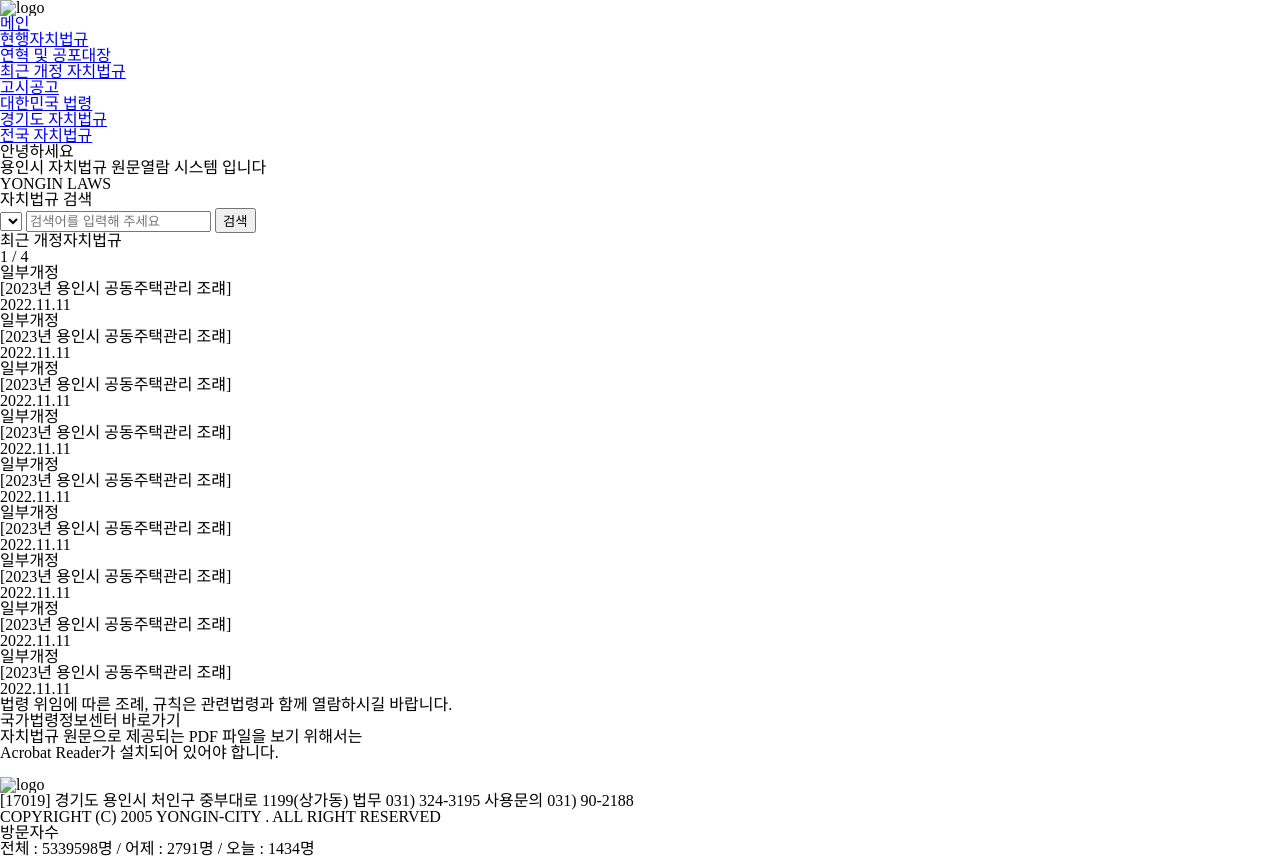
Repository: makeditWeb/yongin_laws
Page: index.html
These files come from the project's save history. The page is drawn as it stood at one moment and after the next save; the edit follows.
The browser window is 1280 px wide. The pictures show the whole page.

Above is the page before, as saved 2024-03-24 00:17:49.

### index.html
<!DOCTYPE html>
<html lang="en">
<head>
    <meta charset="UTF-8">
    <meta name="viewport" content="width=device-width, initial-scale=1.0">
    <title>자치법규 시스템</title>

    <link rel="stylesheet" href="./css/reset.css">
    <link rel="stylesheet" href="./css/style.css">
</head>
<body>

    <header>
        <div class="header_wrapp">
            <div class="logo">
                <img src="" alt="logo">
            </div>
            <nav class="nav_item">
                <ul>
                    <li>
                        <a href="javascript:void(0)">메인</a>
                    </li>
                    <li>
                        <a href="javascript:void(0)">현행자치법규</a>
                    </li>
                    <li>
                        <a href="javascript:void(0)">연혁 및 공포대장</a>
                    </li>
                    <li>
                        <a href="javascript:void(0)">최근 개정 자치법규</a>
                    </li>
                    <li>
                        <a href="javascript:void(0)">고시공고</a>
                    </li>
                    <li>
                        <a href="javascript:void(0)">대한민국 법령</a>
                    </li>
                    <li>
                        <a href="javascript:void(0)">경기도 자치법규</a>
                    </li>
                    <li>
                        <a href="javascript:void(0)">전국 자치법규</a>
                    </li>
                </ul>
            </nav>
        </div>

    </header>

    <section>
        <div class="greeting_wrap">
            <div class="greeting_left">
                <h3 class="sub-title">안녕하세요</h3>
                <p>용인시 자치법규 원문열람 시스템 <span>입니다</span></p>
            </div>
            <p class="greeting_right">
                YONGIN LAWS
            </p>
        </div>

        <div class="search_wrap">
            <p>자치법규 검색</p>
            <select></select>
            <input type="text" placeholder="검색어를 입력해 주세요">
            <button type="button"> 검색</button>
        </div>

        <div class="main_dash_wrapp">
            <div class="left_dashboard">

                <div class="dashboard_head">
                    <div class="dash_board_title">최근 개정자치법규</div>
                    <div class="dash_sub_right">
                        <div class="page">
                            <p>1 / 4</p>
                        </div>

                    </div>
                </div>
                <div class="dash_board_body">
                    <ul>
                        <li class="board_category">
                            일부개정
                        </li>
                        <li class="board_title">
                            [2023년 용인시 공동주택관리 조럐]
                        </li>
                        <li class="board_date">
                            2022.11.11
                        </li>
                    </ul>
                    <ul>
                        <li class="board_category">
                            일부개정
                        </li>
                        <li class="board_title">
                            [2023년 용인시 공동주택관리 조럐]
                        </li>
                        <li class="board_date">
                            2022.11.11
                        </li>
                    </ul>
                    <ul>
                        <li class="board_category">
                            일부개정
                        </li>
                        <li class="board_title">
                            [2023년 용인시 공동주택관리 조럐]
                        </li>
                        <li class="board_date">
                            2022.11.11
                        </li>
                    </ul>
                    <ul>
                        <li class="board_category">
                            일부개정
                        </li>
                        <li class="board_title">
                            [2023년 용인시 공동주택관리 조럐]
                        </li>
                        <li class="board_date">
                            2022.11.11
                        </li>
                    </ul>
                    <ul>
                        <li class="board_category">
                            일부개정
                        </li>
                        <li class="board_title">
                            [2023년 용인시 공동주택관리 조럐]
                        </li>
                        <li class="board_date">
                            2022.11.11
                        </li>
                    </ul>
                    <ul>
                        <li class="board_category">
                            일부개정
                        </li>
                        <li class="board_title">
                            [2023년 용인시 공동주택관리 조럐]
                        </li>
                        <li class="board_date">
                            2022.11.11
                        </li>
                    </ul>
                    <ul>
                        <li class="board_category">
                            일부개정
                        </li>
                        <li class="board_title">
                            [2023년 용인시 공동주택관리 조럐]
                        </li>
                        <li class="board_date">
                            2022.11.11
                        </li>
                    </ul>
                    <ul>
                        <li class="board_category">
                            일부개정
                        </li>
                        <li class="board_title">
                            [2023년 용인시 공동주택관리 조럐]
                        </li>
                        <li class="board_date">
                            2022.11.11
                        </li>
                    </ul>
                    <ul>
                        <li class="board_category">
                            일부개정
                        </li>
                        <li class="board_title">
                            [2023년 용인시 공동주택관리 조럐]
                        </li>
                        <li class="board_date">
                            2022.11.11
                        </li>
                    </ul>
                </div>

            </div>

            <div class="right_dashboard">
                <div class="grid_wrap">
                    <div class="grid_dashboard grid-width70">

                    </div>
                    <div class="grid_dashboard grid-width30">

                    </div>
                </div>
                <div class="grid_bottom">

                </div>
            </div>
        </div>


        <div class="">
            <p>법령 위임에 따른 조례, 규칙은 관련법령과 함께 열람하시길 바랍니다.</p>
            <div class="link_short">
                국가법령정보센터 바로가기
            </div>
        </div>
        <div>
            <p>자치법규 원문으로 제공되는 PDF 파일을 보기 위해서는
            <br>Acrobat Reader가 설치되어 있어야 합니다.</p>
            <div class="icon_permi">
                <img src="">
            </div>
        </div>

    </section>

    <footer>
        <div class="footer_wrapp">
            <div class="footer_wrapp_left">
                <div class="logo">
                    <img src="" alt="logo">
                </div>
                <div class="company_info">
                    <p>[17019] 경기도 용인시 처인구 중부대로 1199(상가동)     법무  031) 324-3195    사용문의   031)  90-2188 </p>
                    <p> COPYRIGHT (C) 2005 YONGIN-CITY .  ALL  RIGHT  RESERVED</p>
                </div>
            </div>
            <div class="footer_wrapp_right">
                <p class="footer_wrap_span">방문자수</p>
                <p class="footer_wrap_text">전체 : 5339598명 / 어제 : 2791명 / 오늘 : 1434명</p>
            </div>

        </div>

    </footer>
</body>
</html>

### css/style.css
:root{

}

/* font */

/* KoPubWorld-Batang */
@font-face {
    font-family: 'KoPBatang';
    font-weight: 300;
    src: url('../fonts/KoPubWorld-Batang-Light.otf') format(otf),
        url('../fonts/KoPubWorld-Batang-Light.woff2') format(woff2);
}

@font-face {
    font-family: 'KoPBatang';
    font-weight: 500;
    src: url('../fonts/KoPubWorld-Batang-Medium.otf') format(otf),
        url('../fonts/KoPubWorld-Batang-Medium.woff2') format(woff2);
}

@font-face {
    font-family: 'KoPBatang';
    font-weight: 700;
    src: url('../fonts/KoPubWorld-Batang-Bold.otf') format(otf),
        url('../fonts/KoPubWorld-Batang-Bold.woff2') format(woff2);
}

/* KoPubWorld-Dotum  */

@font-face {
    font-family: 'KoPDotum';
    font-weight: 300;
    src: url('../fonts/KoPubWorld-Dotum-Light.otf') format(otf),
        url('../fonts/KoPubWorld-Dotum-Light.woff2') format(woff2);
}

@font-face {
    font-family: 'KoPBatang';
    font-weight: 500;
    src: url('../fonts/KoPubWorld-Dotum-Medium.otf') format(otf),
        url('../fonts/KoPubWorld-Dotum-Medium.woff2') format(woff2);
}

@font-face {
    font-family: 'KoPBatang';
    font-weight: 700;
    src: url('../fonts/KoPubWorld-Dotum-Bold.otf') format(otf),
        url('../fonts/KoPubWorld-Dotum-Bold.woff2') format(woff2);
}


/* TheJamsil */


@font-face {
    font-family: 'TheJamsil';
    font-weight:100;
    src: url('../fonts/TheJamsil-Thin.otf') format(otf),
        url('../fonts/TheJamsil-Thin.woff2') format(woff2);
}

@font-face {
    font-family: 'TheJamsil';
    font-weight: 300;
    src: url('../fonts/TheJamsil-Light.otf') format(otf),
        url('../fonts/TheJamsil-Light.woff2') format(woff2);
}

@font-face {
    font-family: 'TheJamsil';
    font-weight: 400;
    src: url('../fonts/TheJamsil-Regular.otf') format(otf),
        url('../fonts/TheJamsil-Regular.woff2') format(woff2);
}


@font-face {
    font-family: 'TheJamsil';
    font-weight: 500;
    src: url('../fonts/TheJamsil-Medium.otf') format(otf),
        url('../fonts/TheJamsil-Medium.woff2') format(woff2);
}

@font-face {
    font-family: 'TheJamsil';
    font-weight: 700;
    src: url('../fonts/TheJamsil-Bold.otf') format(otf),
        url('../fonts/TheJamsil-Bold.woff2') format(woff2);
}

@font-face {
    font-family: 'TheJamsil';
    font-weight: 800;
    src: url('../fonts/TheJamsil-ExtraBold.otf') format(otf),
        url('../fonts/TheJamsil-ExtraBold.woff2') format(woff2);
}


/* Jalna */

@font-face {
    font-family: 'Jalnan';
    src: url('../fonts/JalnanOTF00.otf') format(otf),
        url('../fonts/JalnanOTF00.woff2') format(woff2);
}

/*  NPSfont */

@font-face {
    font-family: 'NPSfont';
    src: url('../fonts/NPSfontBold.otf') format(otf),
        url('../fonts/NPSfontBold.woff2') format(woff2);
}

Loaded but not shown: css/reset.css (common file)

After the next save:
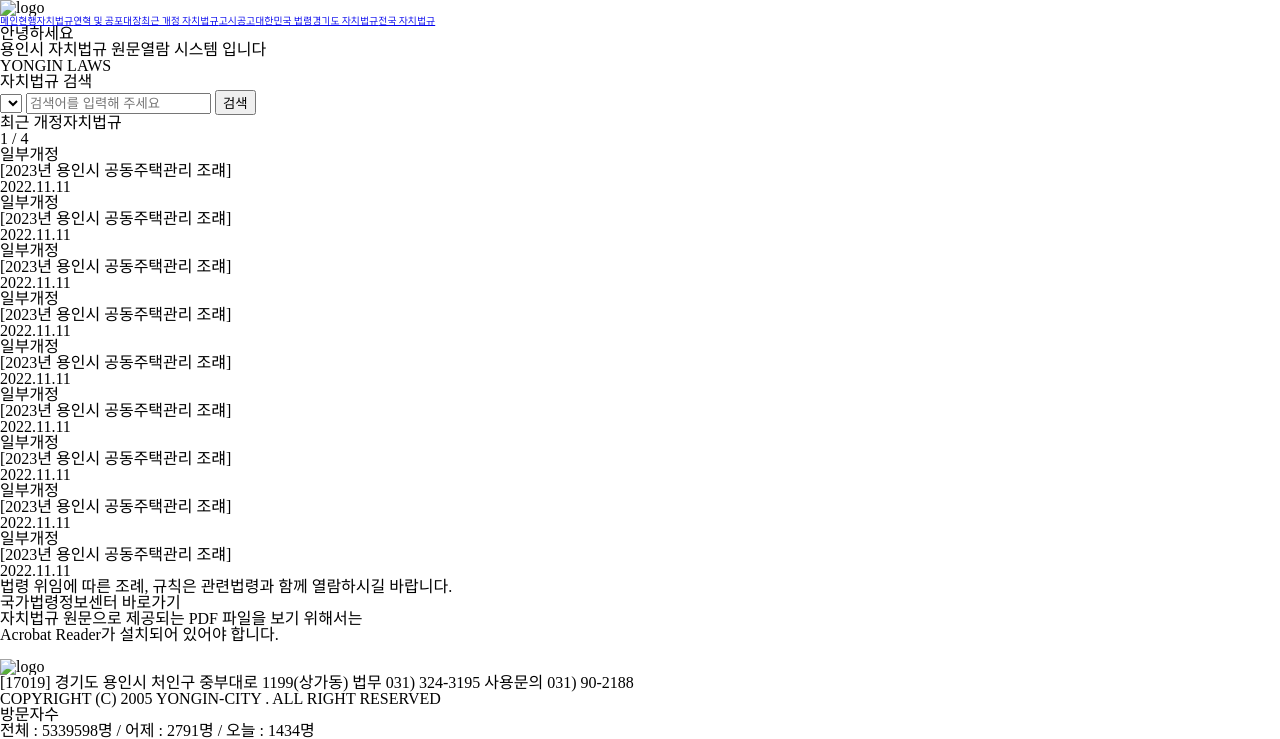
Saved 3 min 32 s later.
--- a/css/style.css
+++ b/css/style.css
@@ -112,3 +112,26 @@
     src: url('../fonts/NPSfontBold.otf') format(otf),
         url('../fonts/NPSfontBold.woff2') format(woff2);
 }
+
+
+
+
+/* main */
+
+
+/* header */
+.header_wrapp{
+
+}
+
+.nav_item ul{
+    display: flex;
+    align-items: center;
+}
+
+.nav_item li{
+    font-family: 'TheJamsil',sans-serif;
+    font-size: 10px;
+    font-weight: 300;
+    color: #000;
+}
